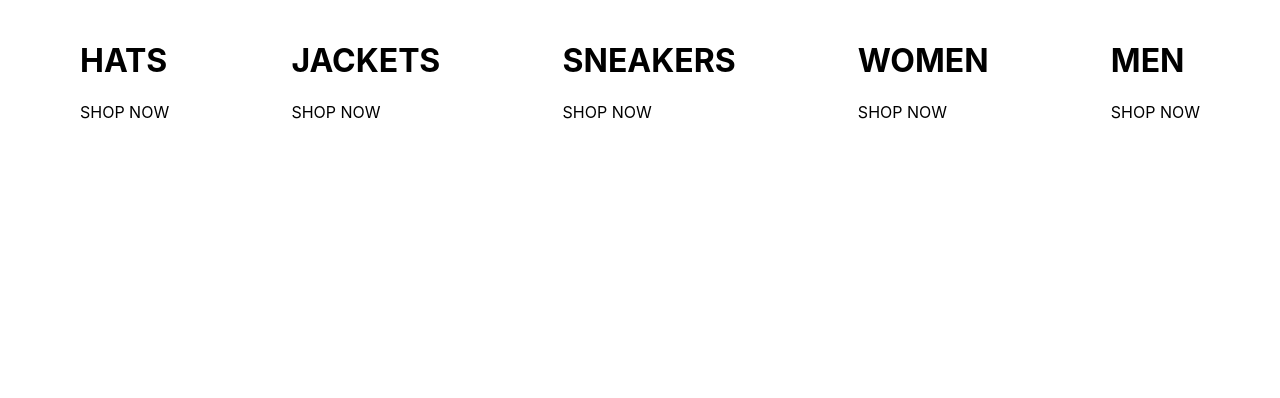
Repository: Daga01/clothing-ecommerce
Page: /checkout
The author's editor kept a copy of each file at every save. The page is drawn from the files as they stood at one save, then again after the next save.
The browser window is 1280 px wide. The pictures show the whole page.
The project was rebuilt for these pictures with package versions that can differ from the ones it lists, and the page was loaded fresh each time. Also part of the build but not shown: src/App.css.

Above is the page before, as saved 2020-01-30 17:05:23.

### src/App.js
import React from 'react';
import './App.css';
import HomePage from './homepage.component'

function App() {
  return (
    <div>
      <HomePage/>
    </div>
  );
}

export default App;

### src/homepage.component.jsx
import React from 'react';
import styles from './homepage.styles.scss'

const HomePage = () => (
  <div className='homepage'>
    <div className='directory-menu'>
      <div className='menu-item'>
        <div className='content'>
          <h1 className='title'>HATS</h1>
          <span className='subtitle'>SHOP NOW</span>
        </div>
      </div>
      <div className='menu-item'>
        <div className='content'>
          <h1 className='title'>JACKETS</h1>
          <span className='subtitle'>SHOP NOW</span>
        </div>
      </div>
      <div className='menu-item'>
        <div className='content'>
          <h1 className='title'>SNEAKERS</h1>
          <span className='subtitle'>SHOP NOW</span>
        </div>
      </div>
      <div className='menu-item'>
        <div className='content'>
          <h1 className='title'>WOMEN</h1>
          <span className='subtitle'>SHOP NOW</span>
        </div>
      </div>
      <div className='menu-item'>
        <div className='content'>
          <h1 className='title'>MEN</h1>
          <span className='subtitle'>SHOP NOW</span>
        </div>
      </div>
    </div>
  </div>
);

export default HomePage;

### src/homepage.styles.scss
.homepage {
  display: flex;
  flex-direction: column;
  align-items: center;
  padding: 20px 80px;
}

.directory-menu {
  width: 100%;
  display: flex;
  flex-wrap: wrap;
  justify-content: space-between;
}

Loaded but not shown: public/index.html (common file); src/index.js (common file); src/index.css (common file)

After the next save:
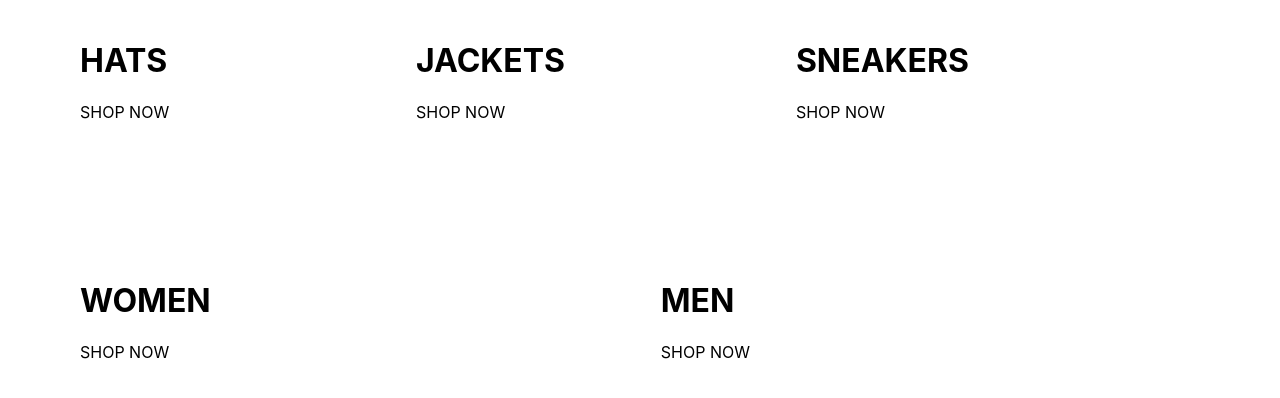
Saved 59 s later.
--- a/src/homepage.styles.scss
+++ b/src/homepage.styles.scss
@@ -11,3 +11,11 @@
   flex-wrap: wrap;
   justify-content: space-between;
 }
+
+.menu-item {
+  min-width: 30%;
+  height: 240px;
+  flex: 1 1 auto;
+  display: flex;
+
+}
